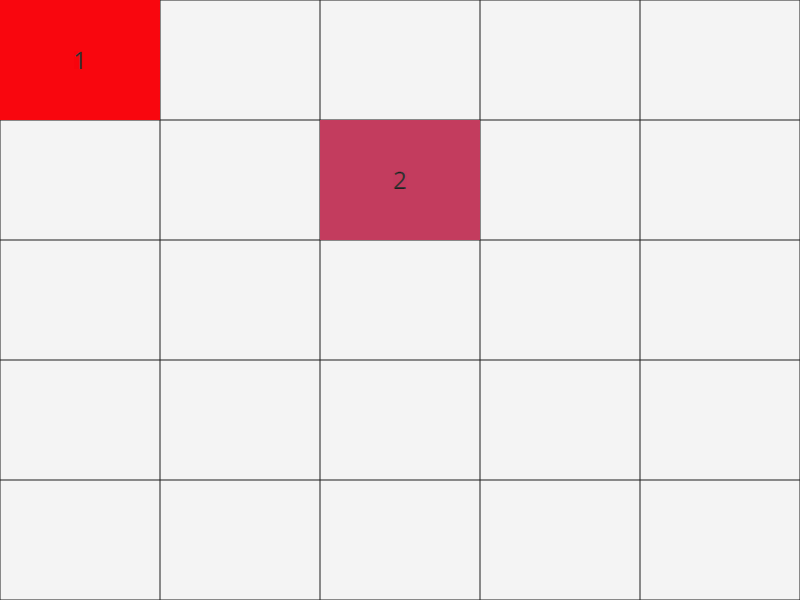
Repository: AlanVidalll/Curso-Java-Completo
Program's window: java exercicios-javafx/src/layout/AppLayout.java
These files come from the project's save history. The program's window is drawn as it stood at one moment and after the next save; the edit follows.
It runs on Java 21 on a 1366 x 768 screen with JavaFX 11; the title bar is not drawn.

Above is the program's window before, as saved 2020-04-11 13:54:16.

After the next save:
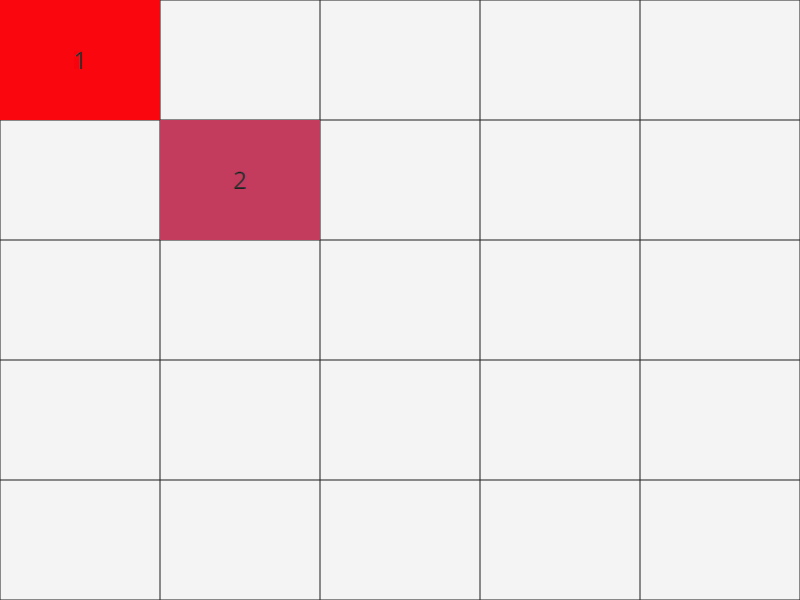
Saved 13 s later.
--- a/exercicios-javafx/src/layout/TesteGridPane.java
+++ b/exercicios-javafx/src/layout/TesteGridPane.java
@@ -23,7 +23,7 @@
 		getRowConstraints().addAll(rc(),rc(),rc(),rc(),rc());
 
 		add(c1, 0, 0);
-		add(c2, 2, 1,1,1);
+		add(c2, 1, 1,1,1);
 	}
 
 	private ColumnConstraints cc() {
